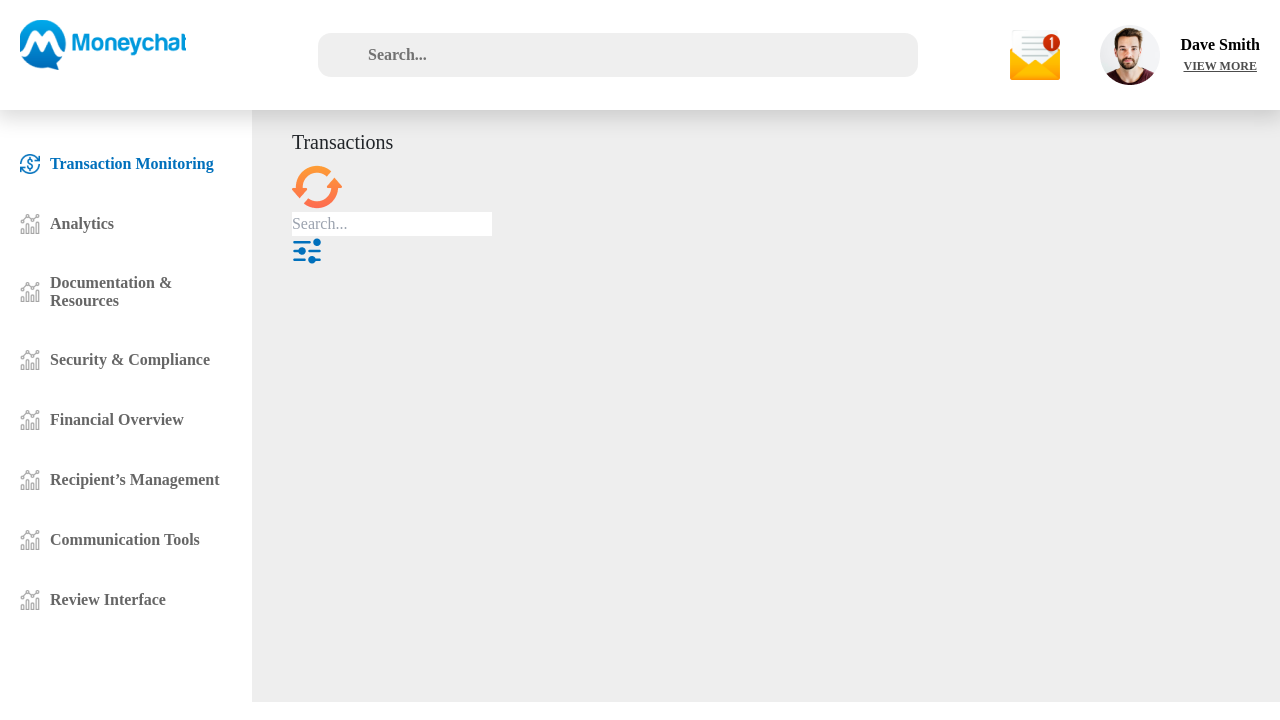
Repository: FlyweisReact/Money-Chat
Page: /transaction
These files come from the project's save history. The page is drawn as it stood at one moment and after a run of saves; the edit follows.
The browser window is 1280 px wide. The pictures show the whole page.
The project was rebuilt for these pictures with package versions that can differ from the ones it lists, and the page was loaded fresh each time. Also part of the build but not shown: src/forms/ForgetPassword.js, src/forms/Login.jsx, src/forms/NeedHelp.js, src/forms/Regestration.js, src/forms/Verify.js.

Above is the page before, as saved 2023-11-30 15:29:40.

After the next 2 saves:
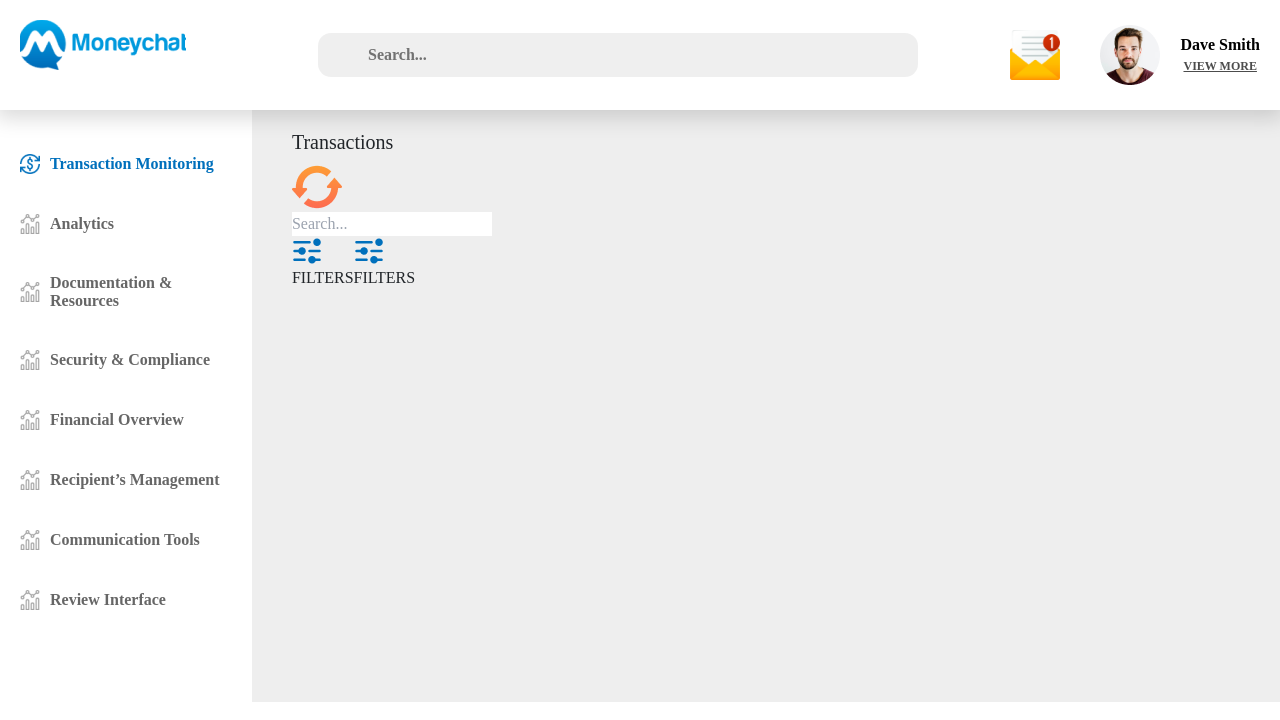
The 2 saves are shown as one change because they came seconds apart.
The last was saved 13 s later.
--- a/src/pages/Transaction/Transaction.js
+++ b/src/pages/Transaction/Transaction.js
@@ -19,6 +19,11 @@ const Transaction = () => {
           <div>
             <button>
               <img src="./Image/16.png" alt="" />
+              <span>FILTERS</span>
+            </button>
+            <button>
+              <img src="./Image/16.png" alt="" />
+              <span>FILTERS</span>
             </button>
           </div>
         </div>
